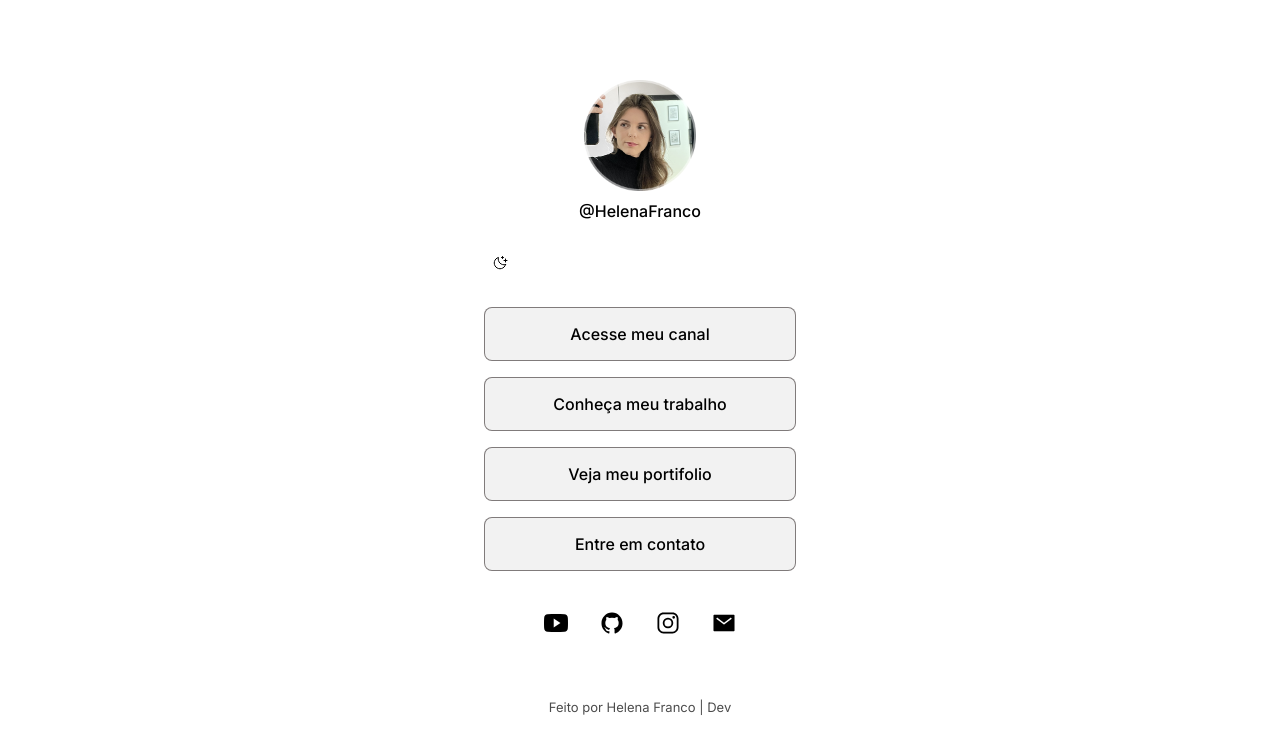
Repository: Fr4nc021/Pagina-de-links-
Page: index.html
An editor plug-in stored every save of this project. The page is shown before and after the next save, followed by the edit.
The browser window is 1280 px wide. The pictures show the whole page.

Above is the page before, as saved 2025-02-15 21:13:09.

After the next save:
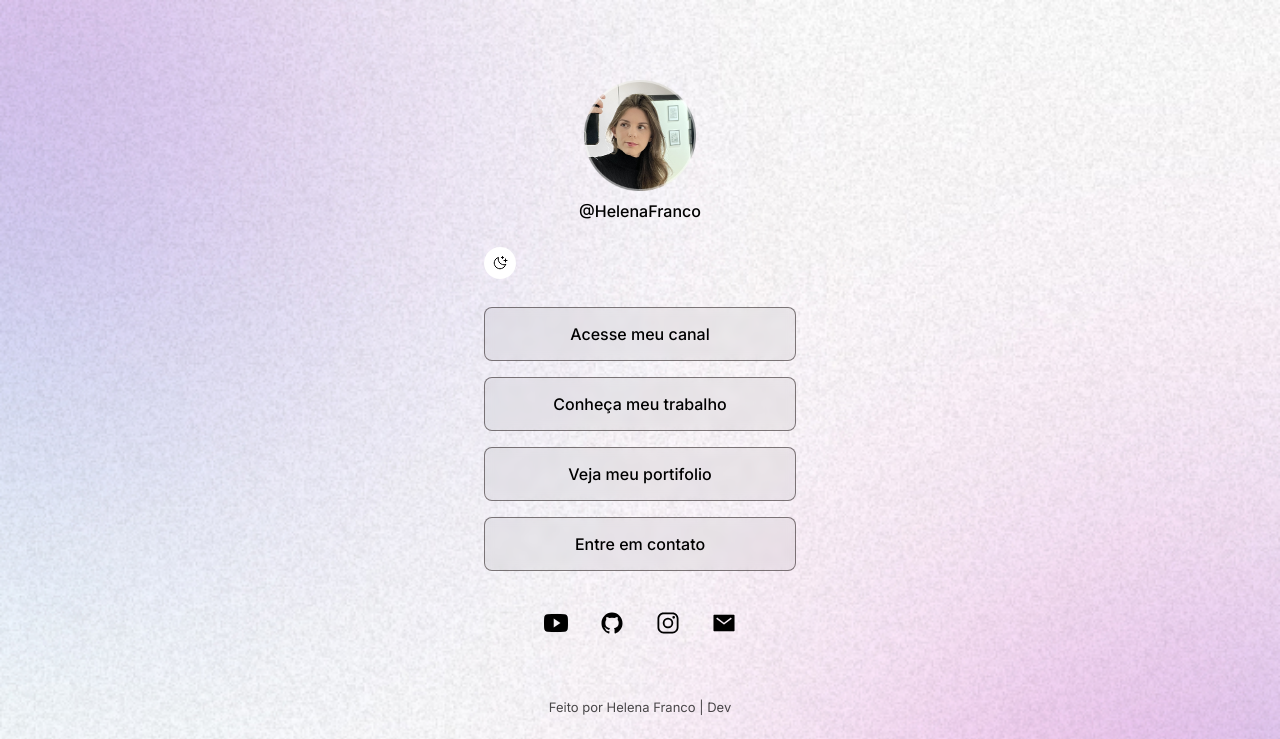
Saved 32 min 18 s later.
--- a/style.css
+++ b/style.css
@@ -25,7 +25,7 @@
 }
 
 body {
-background: --var(--bg-url) no-repeat top center/cover;
+background: var(--bg-url) no-repeat top center/cover;
 color: var(--text-color);
 }
 
